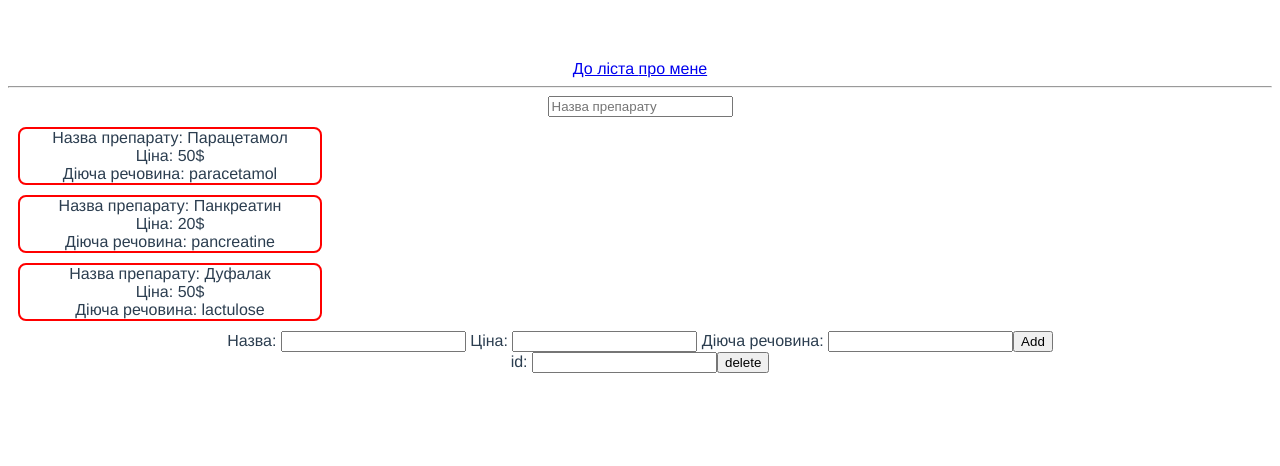
Repository: KYUUBI-K/Labs-from-2-course-
Page: /#/list (app in lab2(pharmacy)/)
The author's editor kept a copy of each file at every save. The page is drawn from the files as they stood at one save, then again after the next save.
The browser window is 1280 px wide. The pictures show the whole page.
The project was rebuilt for these pictures with package versions that can differ from the ones it lists, and the page was loaded fresh each time.

Above is the page before, as saved 2021-12-21 14:59:41.

After the next save:
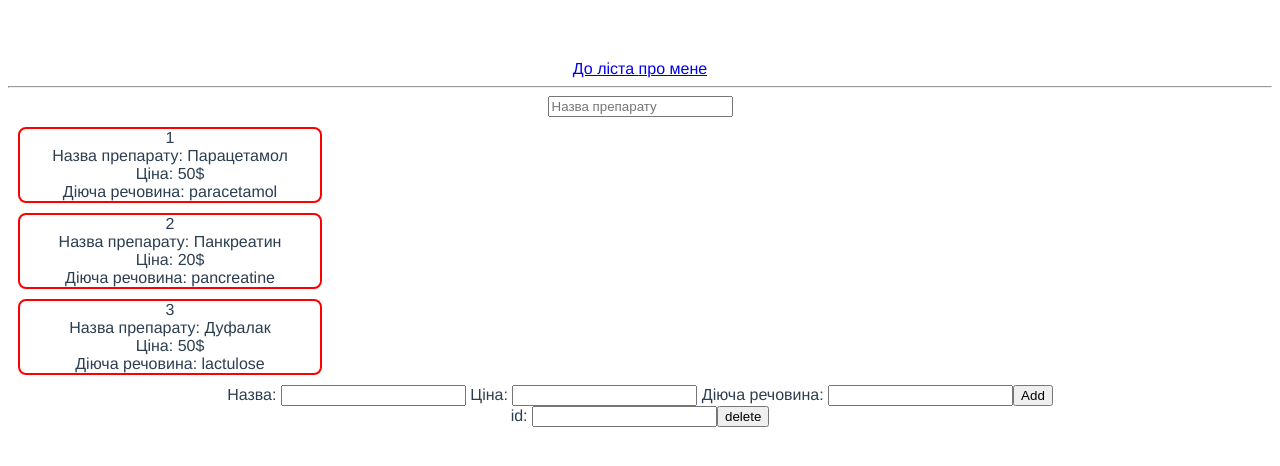
Saved 35 s later.
--- a/lab2(pharmacy)/src/components/Tasklist/Taskitem/index.vue
+++ b/lab2(pharmacy)/src/components/Tasklist/Taskitem/index.vue
@@ -1,5 +1,6 @@
 <template>
   <div class="task">
+    <div>{{ task.id }}</div>
     <div>Назва препарату: {{ task.title }}</div>
     <div>Ціна: {{ task.price }}$</div>
     <div>Діюча речовина: {{ task.active_substance }}</div>
